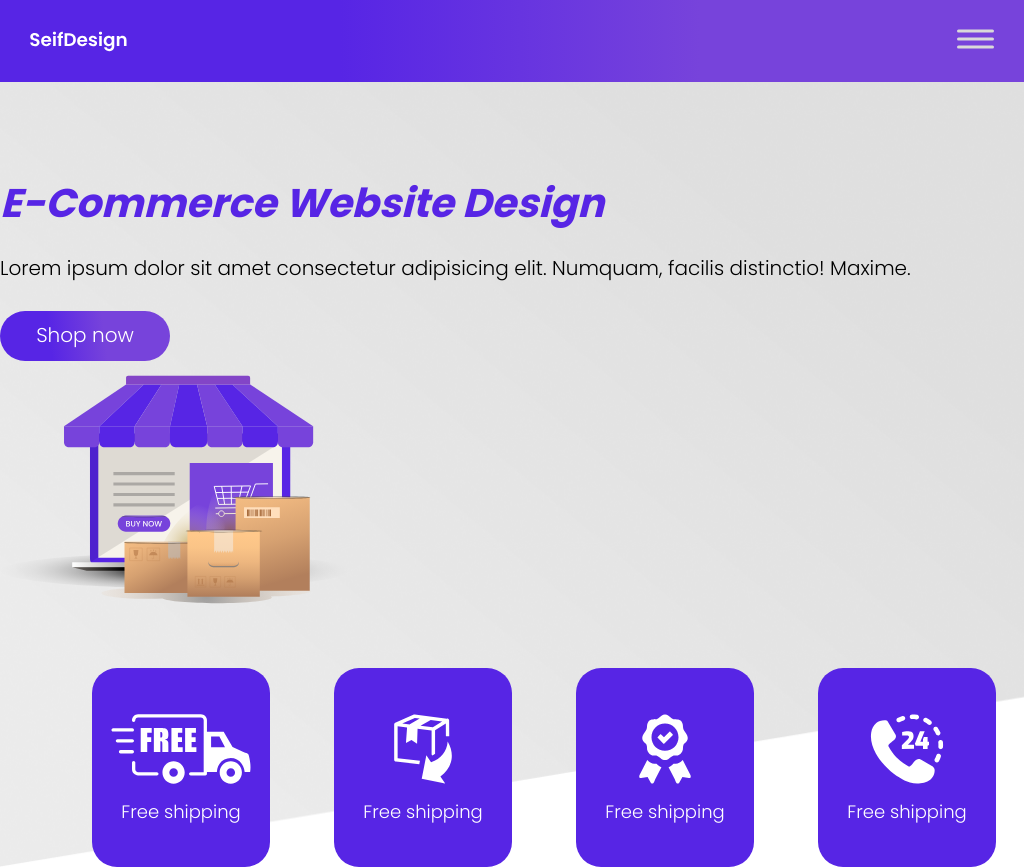
Repository: simralgasimov/newpage
Page: index.html
These files come from the project's save history. The page is drawn as it stood at one moment and after the next save; the edit follows.
The browser window is 1024 px wide. The pictures show the whole page.
The style sheet was rebuilt from its Sass, Less or Tailwind sources for each picture, by a compiler version that may differ from the author's.

Above is the page before, as saved 2023-12-13 15:12:40.
Not found: index.js

### index.html
<!DOCTYPE html>
<html lang="en">
  <head>
    <meta charset="UTF-8" />
    <meta name="viewport" content="width=device-width, initial-scale=1.0" />
    <title>Document</title>
    <link rel="stylesheet" href="./reset.css" />
    <link rel="stylesheet" href="./index.css" />
  </head>
  <body>
    <div class="container">
      <nav>
        <!-- <div class="logo"> -->
          <img class="logo-img" src=".//image/SeifDesign.svg" alt="" />
        <!-- </div> -->
        <ul>
          <li><a href="#">Product</a></li>
          <li><a href="#">Pricing</a></li>
          <li><a href="#">Contact</a></li>
        </ul>
        <div class="burgerMenu">
          <img src="./image/Frame 1.svg" alt="" />
        </div>
      </nav>
      <div class="box-container">
        <div class="box-1">
          <div class="text-container">
            <h1>E-Commerce Website Design</h1>
            <p>
              Lorem ipsum dolor sit amet consectetur adipisicing elit. Numquam,
              facilis distinctio! Maxime.
            </p>
            <button><a href="#">Shop now</a></button>
          </div>

            <img class="house-img" src=".//image/Group (1).svg" alt="" />

        </div>

          <ul>
            <li>
              <img src="./image/Group (2).svg" alt="" />
              <p>Free shipping</p>
            </li>

            <li>
              <img src="./image/Vector (1).svg" alt="" />
              <p>Free shipping</p>
            </li>
            <li>
              <img src="./image/Group (3).svg" alt="" />
              <p>Free shipping</p>
            </li>
            <li>
              <img src="./image/Vector (2).svg" alt="" />
              <p>Free shipping</p>
            </li>
          </ul>
        </div>

    </div>

  </body>
  <script src="./index.js"></script>
</html>

### index.scss
@import url("https://fonts.googleapis.com/css2?family=Poppins:wght@300;700&display=swap");
* {
  margin: 0;
  padding: 0;
  box-sizing: border-box;
}
.container {
  background-image: url("./image/Rectangle\ 3.png");
  background-repeat: no-repeat;
  background-size: 100% 100%;
  min-height: 100vh;
  width: 100%;
  nav {
    display: flex;
    align-items: center;
    background: linear-gradient(270deg, #7743db 31.64%, #5725e5 66.78%);
    padding: 20px 30px;
    @media screen and (max-width: 1024px) {
      justify-content: space-between;
    }
    .burgerMenu {
      display: none;
      @media screen and (max-width: 1024px) {
        display: block;
      }
    }
    .logo-img {
      width: 139px;
      height: 39px;
      @media screen and (max-width: 1024px) {
        width: 97px;
        height: 27px;
      }
    }

    ul {
        display: flex;
        /* margin-left: 200px; */
      @media screen and (max-width: 1024px) {
        display: none;
      }


      li {
        margin-left: 73px;
        list-style-type: none;
        a {
          text-decoration: none;
          width: 98px;
          height: 30px;
          color: #fff;
          text-align: center;
          font-family: Poppins;
          font-size: 24px;
          font-style: normal;
          font-weight: 300;
          line-height: normal;
        }
      }
    }
  }
}
.box-container {
  .box-1 {
    padding: 98px 164px 43px 83px;
    display: flex;
    justify-content: center;
    @media screen and (max-width: 1024px) {
padding: 0;
padding-top: 100px;
flex-direction: column;    }
    .text-container {
      h1 {
        margin-bottom: 32px;
        width: 608px;
        font-family: Poppins;
        font-size: 68px;
        font-style: italic;
        font-weight: 700;
        line-height: 109%; /* 74.12px */
        color: #5725e5;
        @media screen and (max-width: 1024px) {
        font-size: 40px;
        width: 100%;
        }

      }
      p {
        width: 608px;
        color: #000;
        font-family: Poppins;
        font-size: 26px;
        font-style: normal;
        font-weight: 300;
        line-height: 109%;
        @media screen and (max-width: 1024px) {
        font-size: 20px;
        width: 100%;
        }
      }
      button {
        border: none;
        margin-top: 32px;
        display: flex;
        width: 170px;
        height: 50px;
        display: flex;
        justify-content: center;
        align-items: center;
        border-radius: 25px;
        background: linear-gradient(263deg, #7743db 38.81%, #5725e5 70.24%);

        @media screen and (max-width: 1024px) {
            width: 170px;
            height: 50px;
        }
        a {
          text-decoration: none;
          color: #fff;
          font-family: Poppins;
          font-size: 20px;
          font-style: normal;
          font-weight: 400;
          line-height: 109%; /* 21.8px */
          @media screen and (max-width: 1024px) {
        font-size: 20px;
        }
        }
      }
    }

    .house-img {
      width: 677.61px;
      height: 437.417px;
      @media screen and (max-width: 1024px) {
      width: 352px;
height: 256.511px;}
    }
  }

  ul {
    display: flex;
    justify-content: center;

    li {
      margin-left: 64px;
      margin-top: 50px;
      display: flex;
      width: 178px;
      height: 199px;
      padding: 10px;
      flex-direction: column;
      justify-content: center;
      align-items: center;
      gap: 18px;
      border-radius: 25px;
      background: #5725e5;
      img {
        width: 139.997px;
        height: 70px;
      }
      p {
        color: #fff;
        text-align: center;
        font-family: Poppins;
        font-size: 18px;
        font-style: normal;
        font-weight: 400;
        line-height: 109%; /* 19.62px */
      }
    }
  }
}

Loaded but not shown: reset.css (common file)

After the next save:
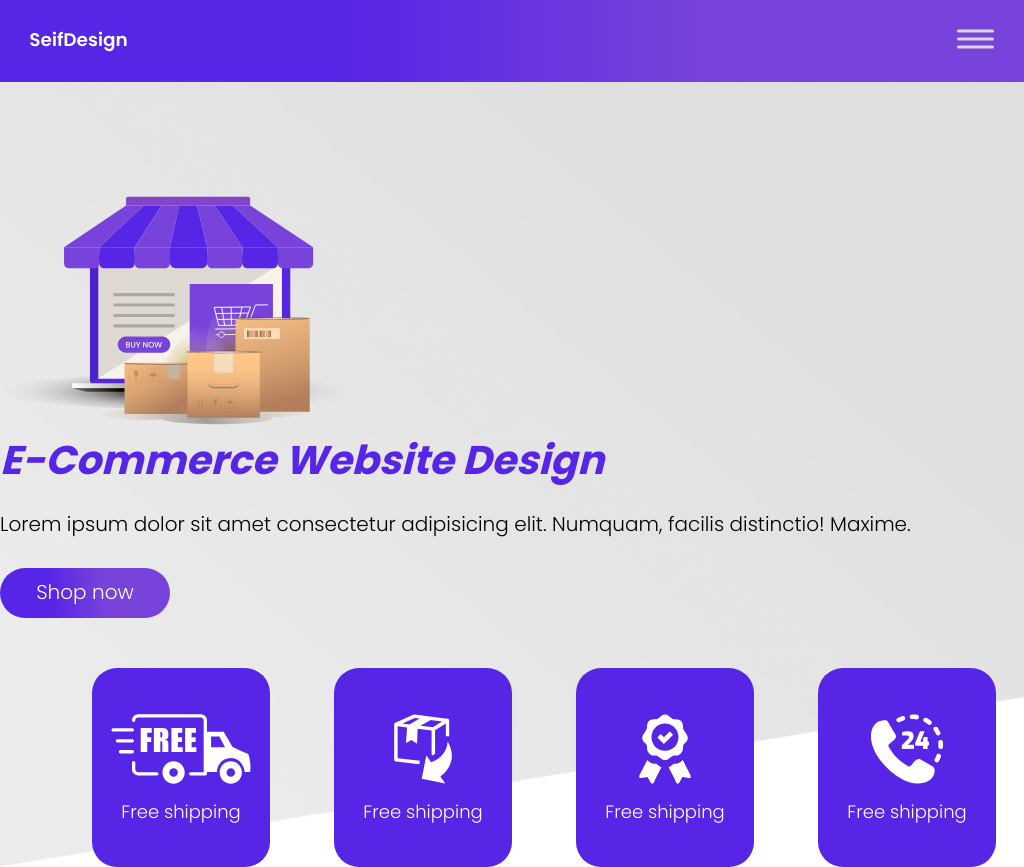
Saved 23 s later.
--- a/index.scss
+++ b/index.scss
@@ -68,7 +68,7 @@
     @media screen and (max-width: 1024px) {
 padding: 0;
 padding-top: 100px;
-flex-direction: column;    }
+flex-direction: column-reverse;    }
     .text-container {
       h1 {
         margin-bottom: 32px;
